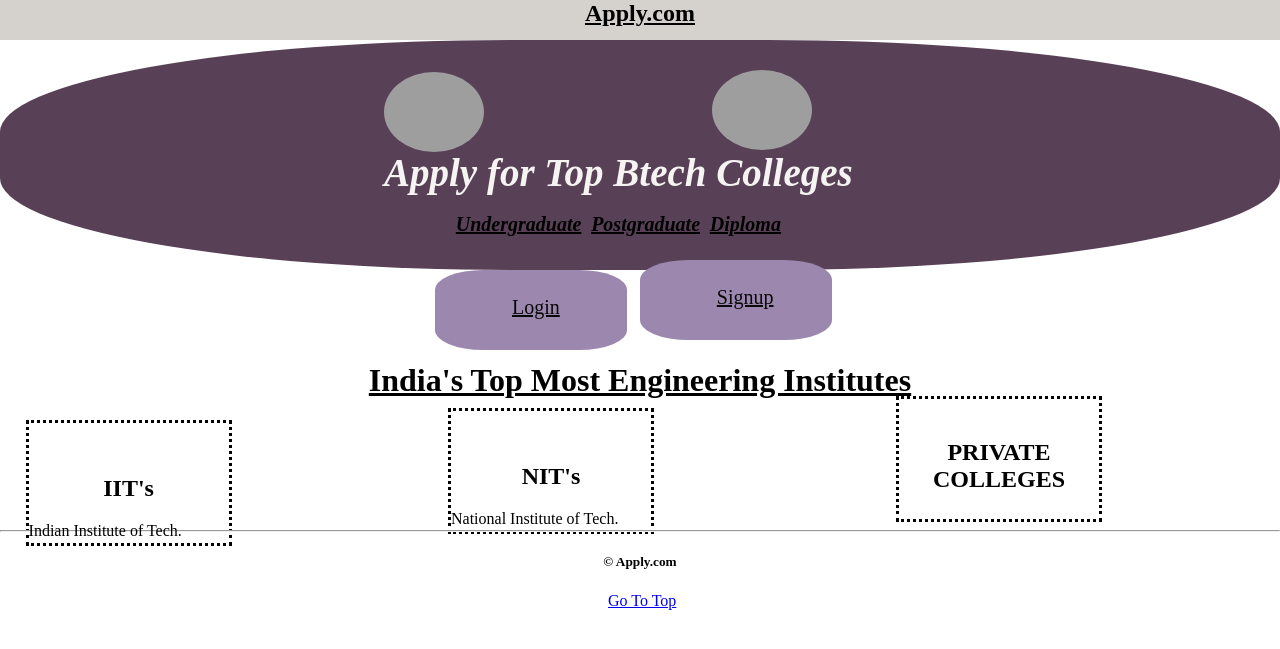
Repository: dashmeenkalra/dashmeen_kalra
Page: css,bootstrap/CSS/btech.html
These files come from the project's save history. The page is drawn as it stood at one moment and after a run of saves; the edit follows.
The browser window is 1280 px wide. The pictures show the whole page.
Pictures or frames that could not be fetched are drawn as grey boxes.

Above is the page before, as saved 2023-03-27 19:56:42.

After the next 5 saves:
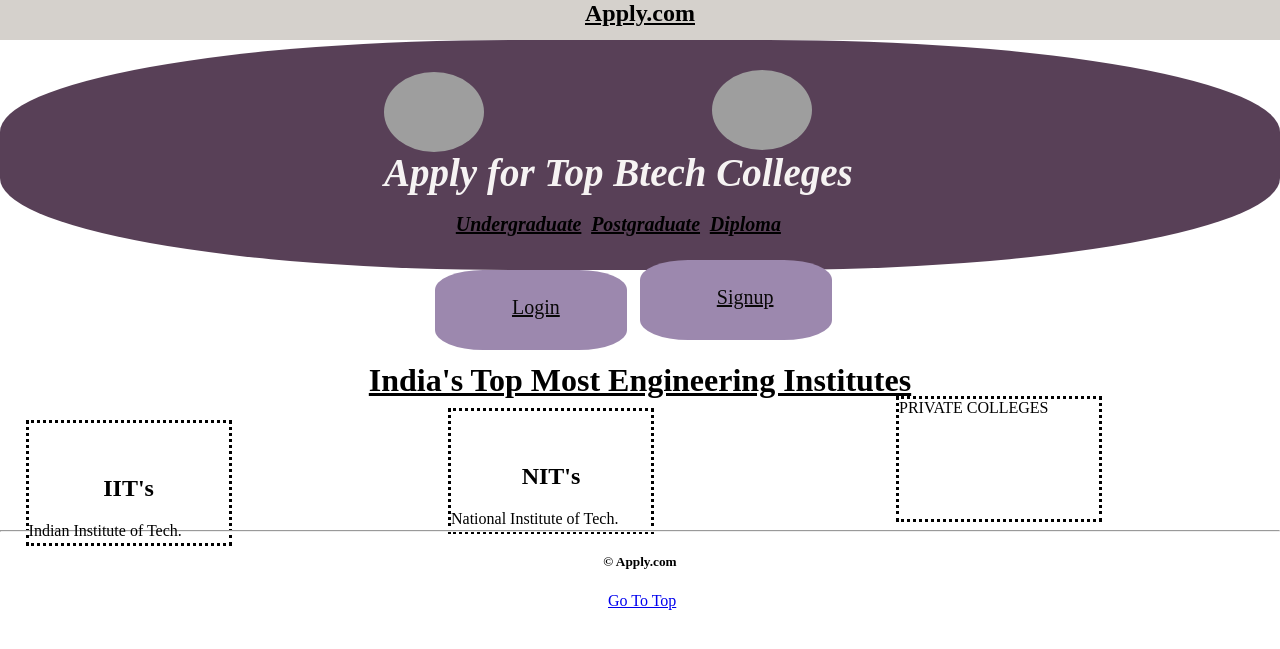
The 5 saves are shown as one change because they came seconds apart.
The last was saved 24 h 6 min later.
--- a/css,bootstrap/CSS/btech.html
+++ b/css,bootstrap/CSS/btech.html
@@ -36,7 +36,7 @@
             <h2>NIT's</h2>National Institute of Tech.
         </div>
         <div id="type2">
-            <h2>PRIVATE COLLEGES</h2>
+            <a href="#"></a>PRIVATE COLLEGES</h2>
         </div>
         <hr/>
         <footer>
